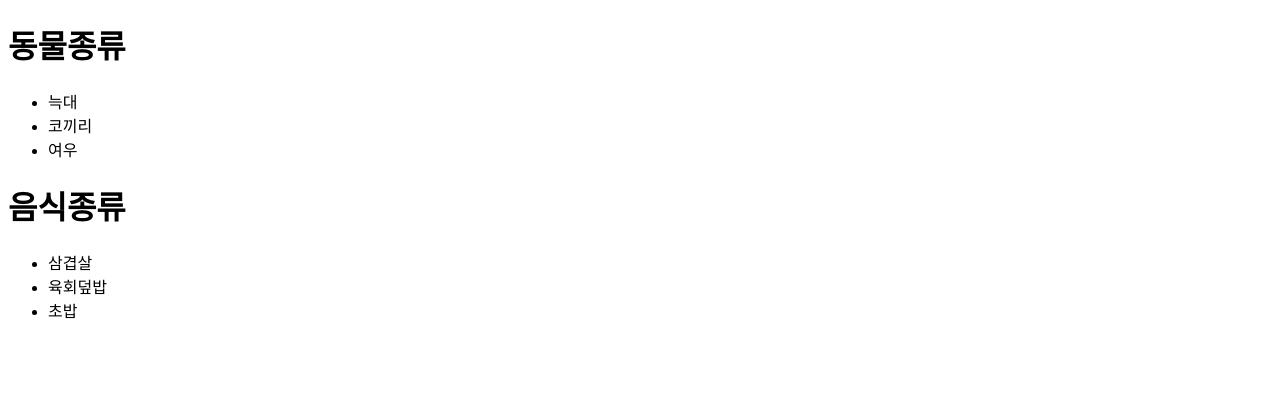
Repository: dhfkdlxm/Lecture-Web
Page: Lecture-Web/WebContent/jquery/exam03.html
The author's editor kept a copy of each file at every save. The page is drawn from the files as they stood at one save, then again after the next save.
The browser window is 1280 px wide. The pictures show the whole page.

Above is the page before, as saved 2021-06-16 07:00:29.

### Lecture-Web/WebContent/jquery/exam03.html
<!DOCTYPE html>
<html>
<head>
<meta charset="UTF-8">
<title>Insert title here</title>
<script type="text/javascript" src="js/jquery-3.6.0.min.js"></script>
<script type="text/javascript">
	$(document).ready(function() {
		alert('!!!')
		//$('ul li').hide()
		//$('ul li:first').hide() //ul 밑에 첫번째 li만 지워라! but, 호랑미나 지어짐..ㅠ
		//왜냐면 ul li의 의미가 ul밑에 li의 전체 배열로 생성!
		//따라서 그룹별로 첫번째 li을 가져와야한다는 의미로 first-child  속성 사용
		$('ul li:first-child').hide()

	})
</script>
</head>
<body>
	<h1>동물종류</h1>
	<ul>
		<li>호랑이</li>
		<li>늑대</li>
		<li>코끼리</li>
		<li>여우</li>
	</ul>
	<h1>음식종류</h1>
	<ul>
		<li>김밥</li>
		<li>삼겹살</li>
		<li>육회덮밥</li>
		<li>초밥</li>
	</ul>


</body>
</html>

Loaded but not shown: Lecture-Web/WebContent/jquery/js/jquery-3.6.0.min.js (library)

After the next save:
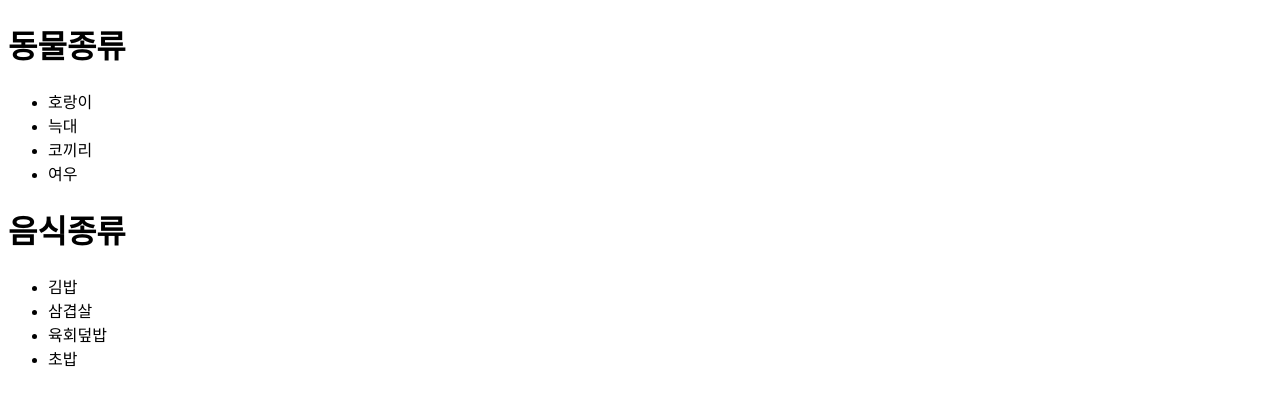
Saved 20 s later.
--- a/Lecture-Web/WebContent/jquery/exam03.html
+++ b/Lecture-Web/WebContent/jquery/exam03.html
@@ -11,8 +11,8 @@
 		//$('ul li:first').hide() //ul 밑에 첫번째 li만 지워라! but, 호랑미나 지어짐..ㅠ
 		//왜냐면 ul li의 의미가 ul밑에 li의 전체 배열로 생성!
 		//따라서 그룹별로 첫번째 li을 가져와야한다는 의미로 first-child  속성 사용
-		$('ul li:first-child').hide()
-
+		//$('ul li:first-child').hide()
+		$('ul li:last-child')
 	})
 </script>
 </head>
